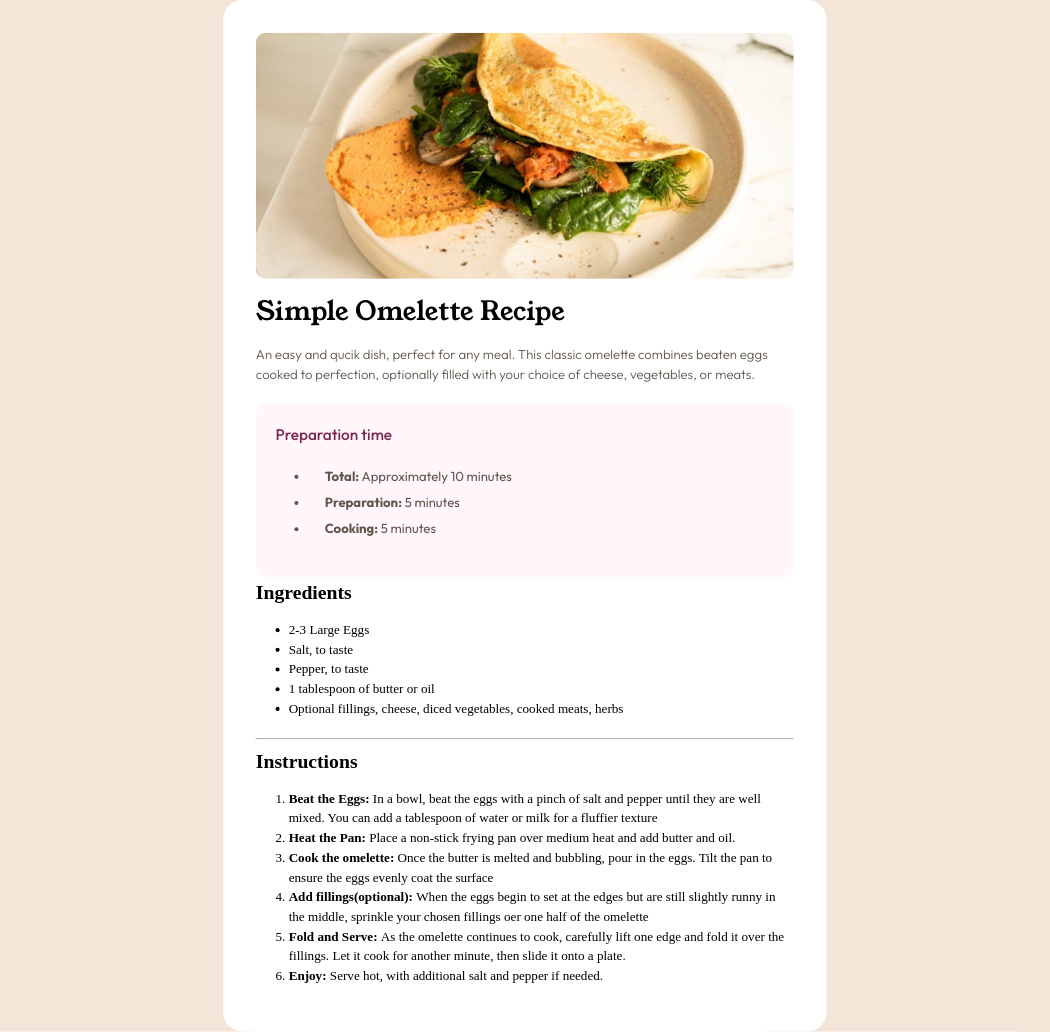
Repository: brandontaylor1/recipe-page
Page: index.html
These files come from the project's save history. The page is drawn as it stood at one moment and after the next save; the edit follows.
The browser window is 1280 px wide. The pictures show the whole page, at 82% of full size.

Above is the page before, as saved 2025-01-07 22:29:25.

After the next save:
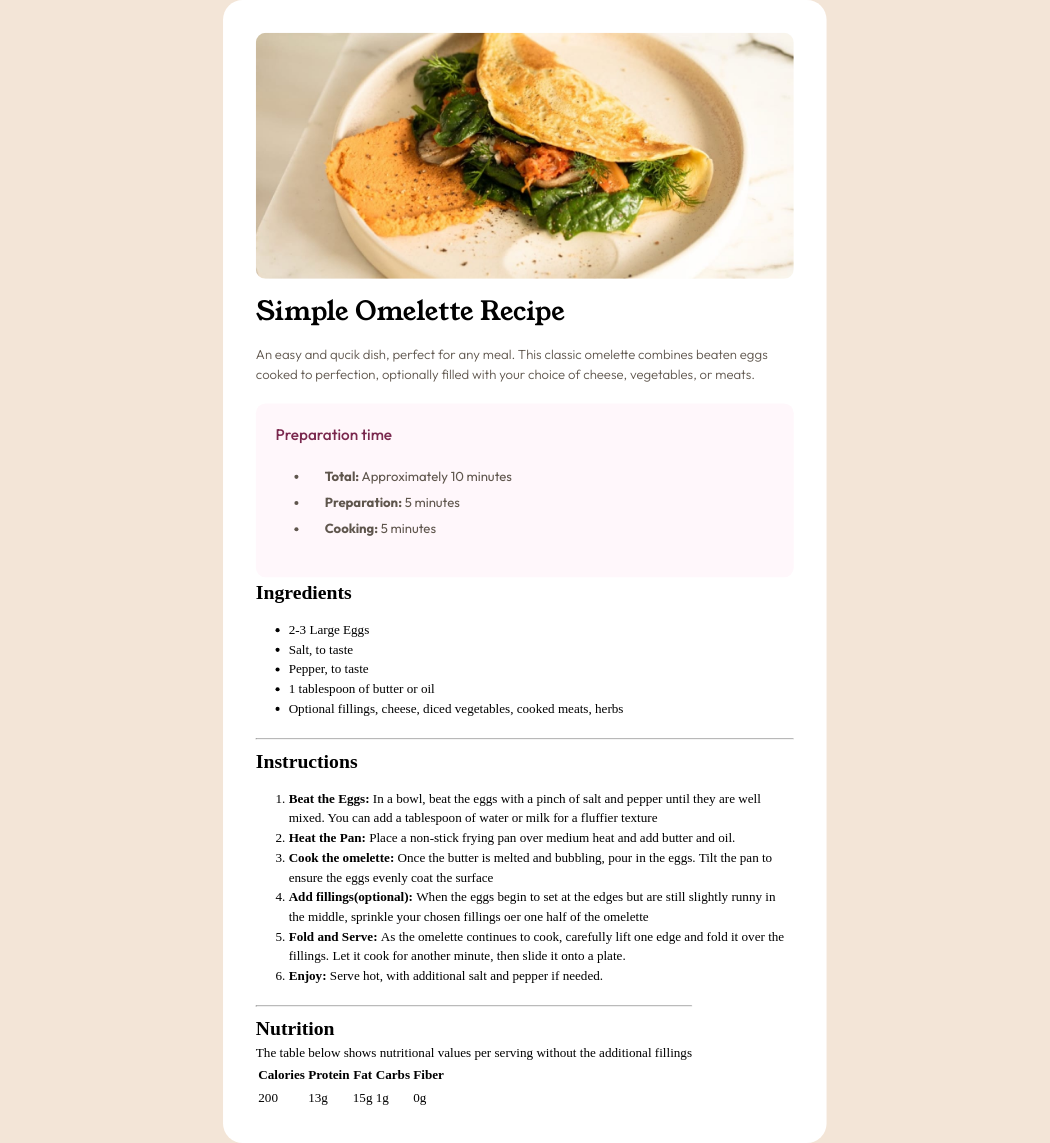
Saved 83 s later.
--- a/index.html
+++ b/index.html
@@ -48,6 +48,25 @@
 
             </div>
             <div class="nutrition-container">
+                <hr>
+                <h2>Nutrition</h2>
+                <p>The table below shows nutritional values per serving without the additional fillings</p>
+                <table>
+                    <tr>
+                        <th>Calories</th>
+                        <th>Protein</th>
+                        <th>Fat</th>
+                        <th>Carbs</th>
+                        <th>Fiber</th>
+                    </tr>
+                    <tr>
+                        <td>200</td>
+                        <td>13g</td>
+                        <td>15g</td>
+                        <td>1g</td>
+                        <td>0g</td>
+                    </tr>
+                </table>
 
             </div>
         </div>
